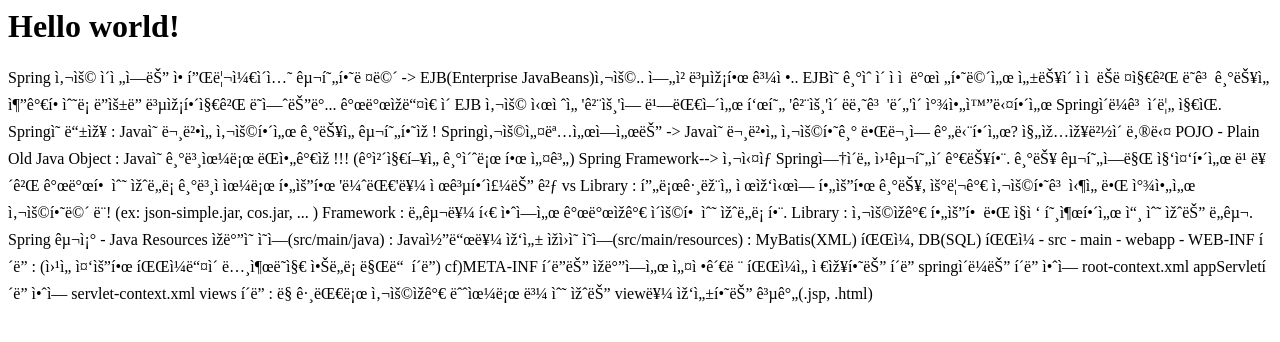
Repository: moondolph/SKKU_IT_Education
Page: http://localhost/Sep29_1_SpringMVC/
An editor plug-in stored every save of this project. The page is shown before and after the next save, followed by the edit.
The browser window is 1280 px wide. The pictures show the whole page.
The page is served by Tomcat 9.

Above is the page before, as saved 2022-09-29 02:47:24.

After the next save:
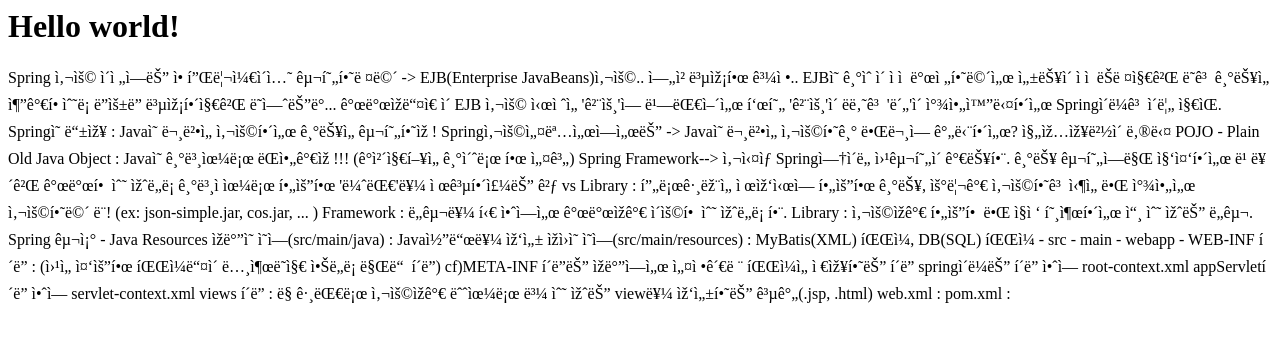
Saved 12 s later.
--- a/Sep29_1_SpringMVC/src/main/webapp/WEB-INF/views/home.jsp
+++ b/Sep29_1_SpringMVC/src/main/webapp/WEB-INF/views/home.jsp
@@ -45,7 +45,9 @@
 
 			views 폴더 : 말 그대로 사용자가 눈으로 볼 수 있는 view를 작성하는 공간(.jsp, .html)
 
+			web.xml :
 
+			pom.xml	:
 
 </body>
 </html>
